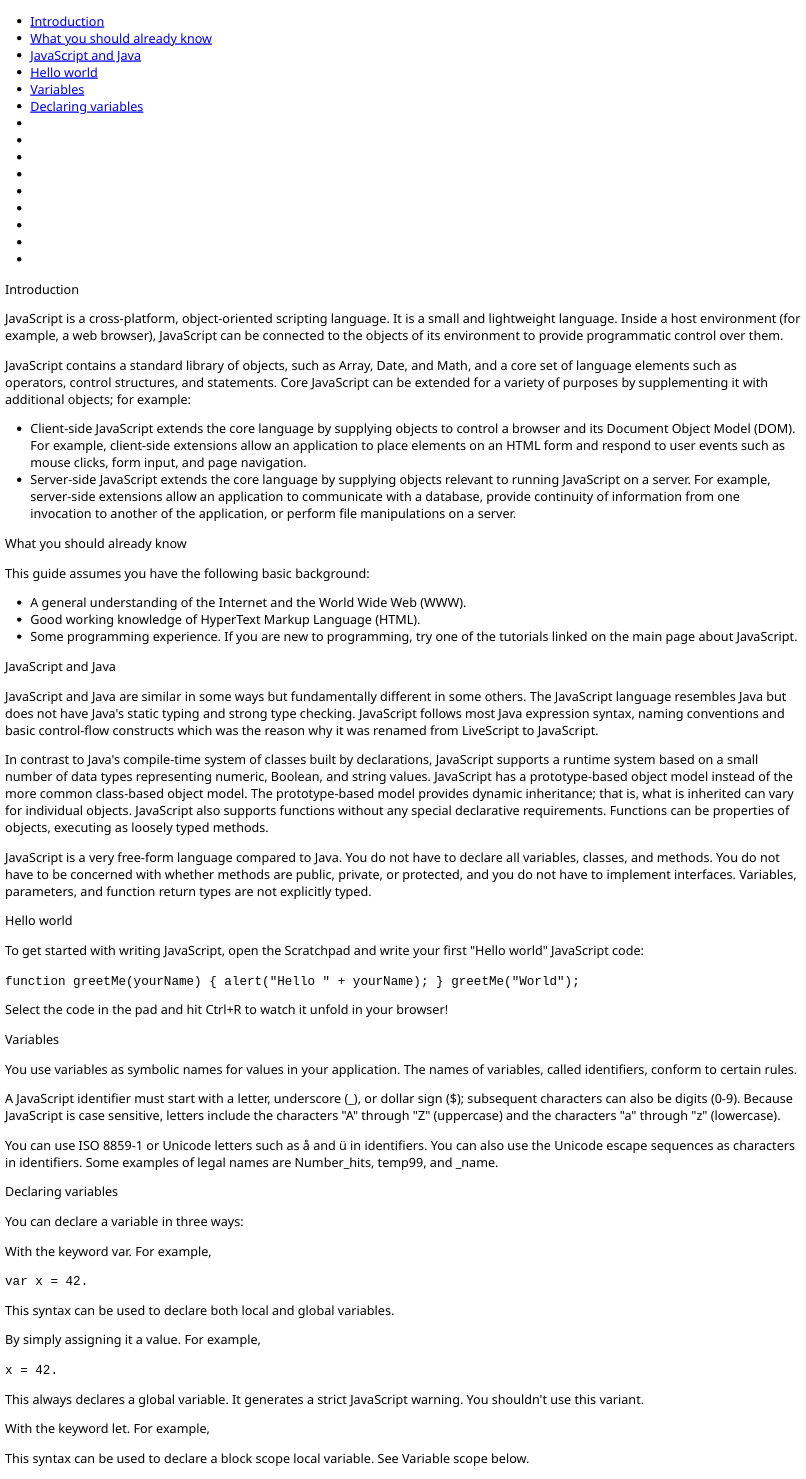
Repository: Lungdjos/technical_document_page_certificate
Page: index.html
These files come from the project's save history. The page is drawn as it stood at one moment and after the next save; the edit follows.
The browser window is 1280 px wide. The pictures show the whole page, at 63% of full size.

Above is the page before, as saved 2023-11-20 22:27:21.

After the next save:
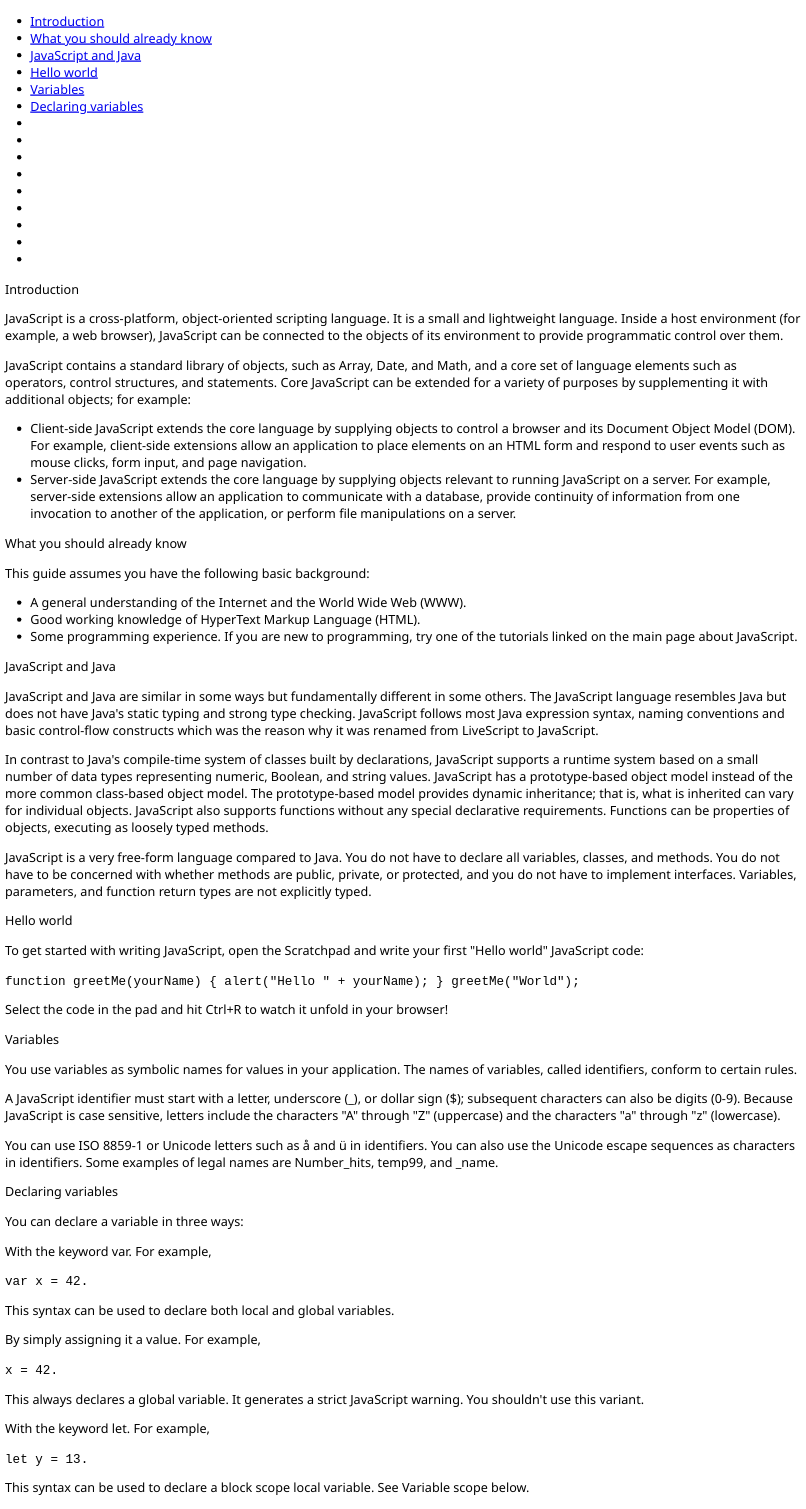
Saved 14 s later.
--- a/index.html
+++ b/index.html
@@ -121,7 +121,7 @@
             <code>x = 42.</code><br>
             <p>This always declares a global variable. It generates a strict JavaScript warning. You shouldn't use this variant.</p>
             <p>With the keyword let. For example,</p>
-            <code></code>
+            <code>let y = 13.</code>
             <p>This syntax can be used to declare a block scope local variable. See Variable scope below.</p>
         </section>
         <section class="main-section" id="">
